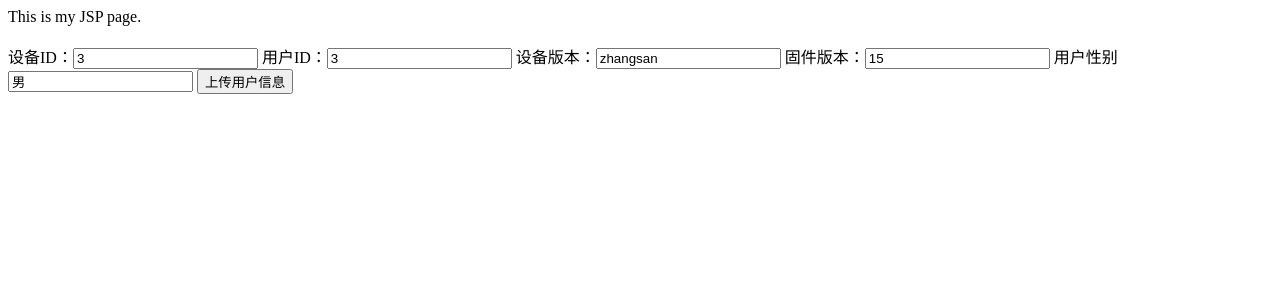
Repository: ruanhuabin/IntelliEyeShade
Page: http://localhost/IntelliEyeShade/devices/devices_test.jsp
The author's editor kept a copy of each file at every save. The page is drawn from the files as they stood at one save, then again after the next save.
The browser window is 1280 px wide. The pictures show the whole page.
The page is served by Tomcat 9. Nobody is signed in. The application's start-up code is not run. Other server files are loaded and not shown.

Above is the page before, as saved 2016-12-15 03:11:17.

### IntelliEyeShade/WebRoot/devices/devices_test.jsp
<%@ page language="java" import="java.util.*" pageEncoding="utf-8"%>
<%
String path = request.getContextPath();
String basePath = request.getScheme()+"://"+request.getServerName()+":"+request.getServerPort()+path+"/";
%>

<!DOCTYPE HTML PUBLIC "-//W3C//DTD HTML 4.01 Transitional//EN">
<html>
  <head>
    <base href="<%=basePath%>">

    <title>My JSP 'upload.jsp' starting page</title>

	<meta http-equiv="pragma" content="no-cache">
	<meta http-equiv="cache-control" content="no-cache">
	<meta http-equiv="expires" content="0">
	<meta http-equiv="keywords" content="keyword1,keyword2,keyword3">
	<meta http-equiv="description" content="This is my page">
	<!--
	<link rel="stylesheet" type="text/css" href="styles.css">
	-->

  </head>

  <body>
    This is my JSP page. <br>
    <br>





  <form action="devices/Devices_uploadDeviceInfo.action" method="post">
  设备ID：<input type="text" name="DeviceID" value="3"/>
  用户ID：<input type="text" name="UserID" value="3"/>
 设备版本：<input type="text" name="DeviceVersion" value="zhangsan"/>
  固件版本：<input type="text" name="RomVersion" value="15"/>
 用户性别 <input type="text" name="UserGender" value="男"/>

  <input type="submit" value="上传用户信息"/>
  </form>




  </body>
</html>

After the next save:
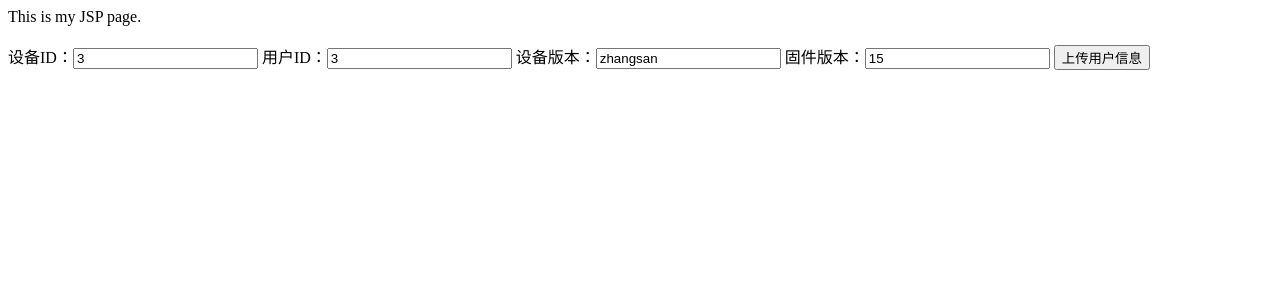
Saved 4 s later.
--- a/IntelliEyeShade/WebRoot/devices/devices_test.jsp
+++ b/IntelliEyeShade/WebRoot/devices/devices_test.jsp
@@ -35,7 +35,7 @@ String basePath = request.getScheme()+"://"+request.getServerName()+":"+request.
   用户ID：<input type="text" name="UserID" value="3"/>
  设备版本：<input type="text" name="DeviceVersion" value="zhangsan"/>
   固件版本：<input type="text" name="RomVersion" value="15"/>
- 用户性别 <input type="text" name="UserGender" value="男"/>
+
 
   <input type="submit" value="上传用户信息"/>
   </form>
